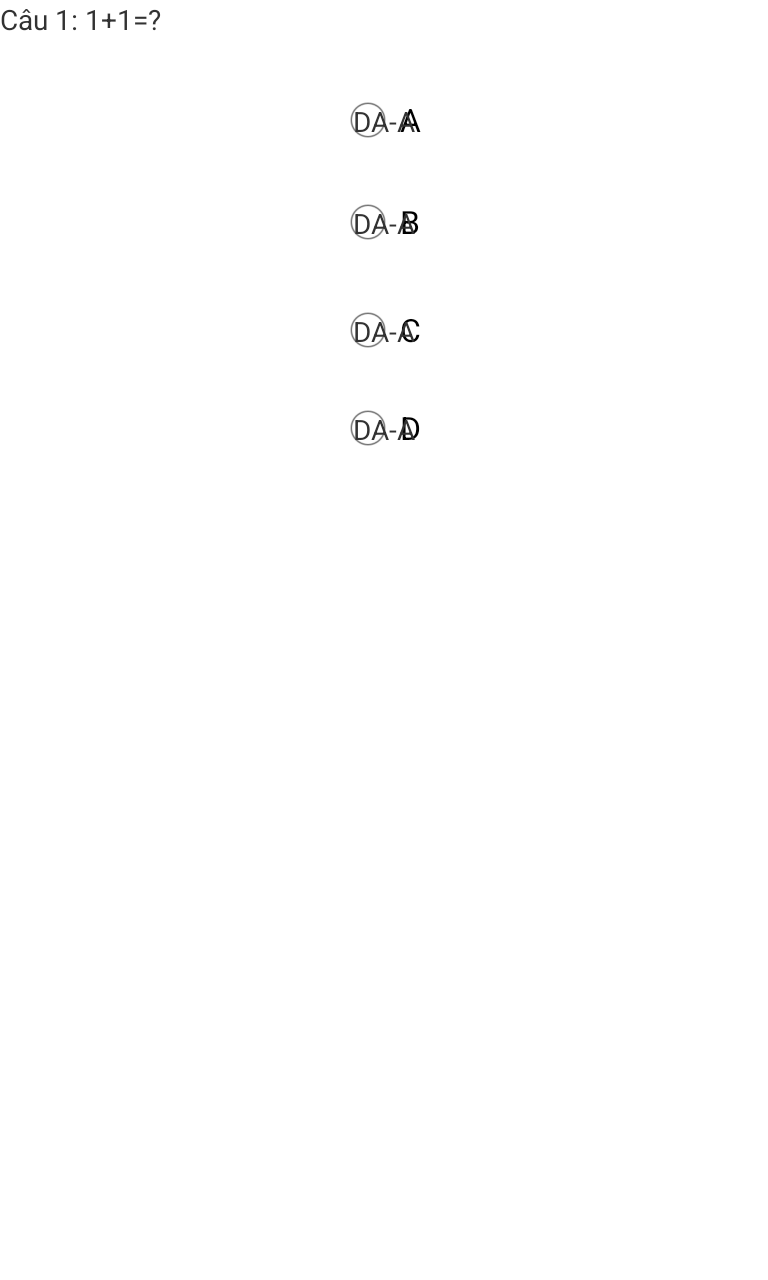
Repository: hieu19926/Non_cable_networking
Layout: SecondGraders/res/layout/test_json.xml
The author's editor kept a copy of each file at every save. The layout is drawn from the files as they stood at one save, then again after the next save.
It is drawn on a 768 x 1280 px phone screen (xhdpi) without system bars, with theme AppTheme; the app's code is not run.

Above is the layout before, as saved 2014-10-13 12:07:16.

After the next save:
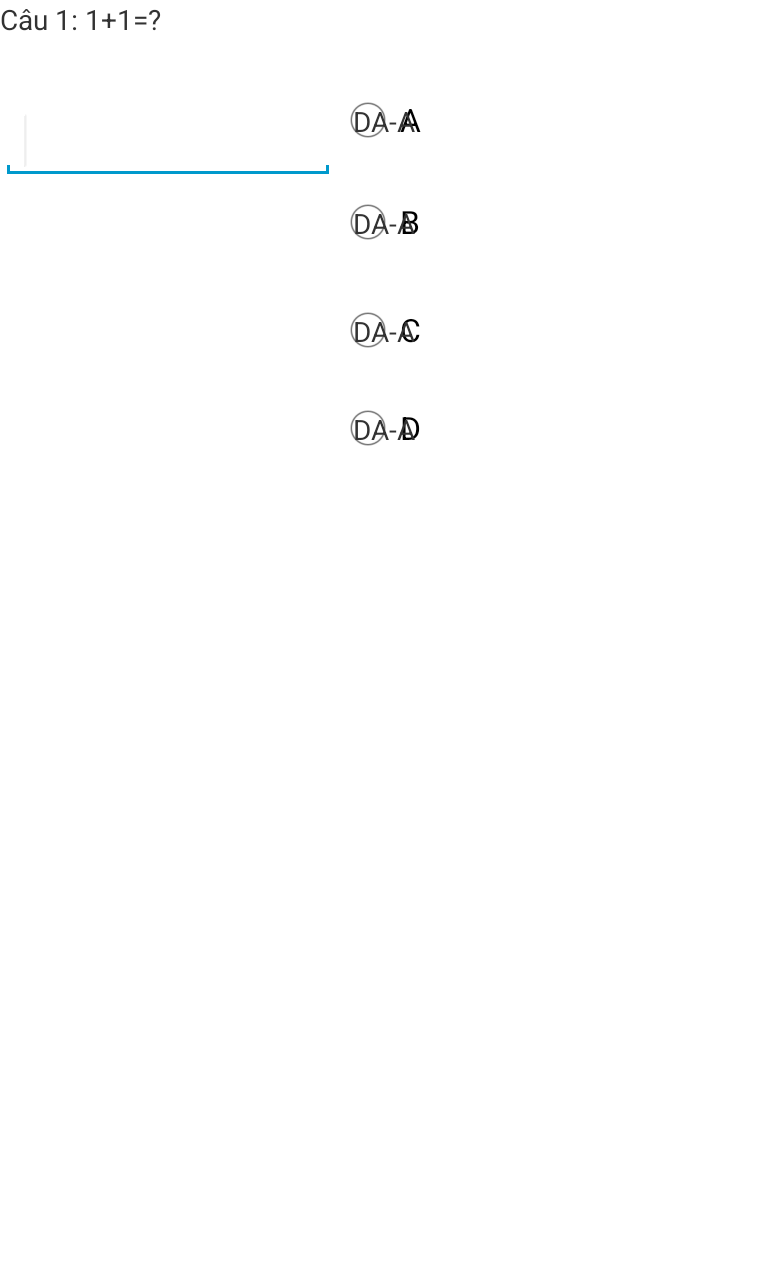
Saved 3 min 12 s later.
--- a/SecondGraders/res/layout/test_json.xml
+++ b/SecondGraders/res/layout/test_json.xml
@@ -89,4 +89,18 @@
         android:text="Câu 1: 1+1=?"
         android:textAppearance="?android:attr/textAppearanceSmall" />
 
+    <EditText
+        android:id="@+id/noidung"
+        android:layout_width="wrap_content"
+        android:layout_height="wrap_content"
+        android:layout_alignParentLeft="true"
+        android:layout_alignTop="@+id/textViewTLA"
+        android:layout_toLeftOf="@+id/radioButton2"
+        android:editable="false"
+        android:ems="10"
+        android:inputType="textMultiLine" >
+
+        <requestFocus />
+    </EditText>
+
 </RelativeLayout>
